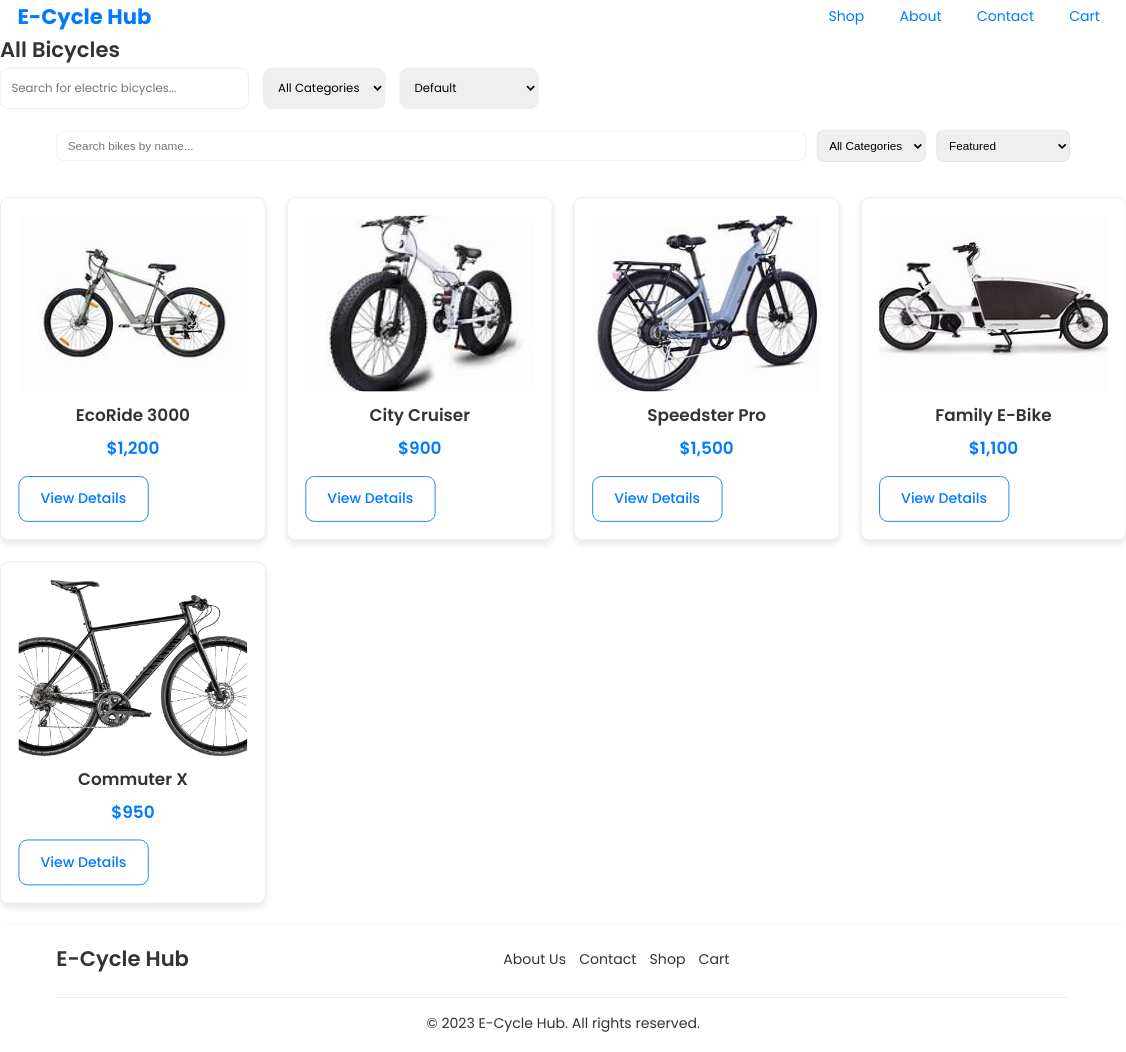
Repository: Rutuja-g/E-Cycle-Hub
Page: public/products.html
The author's editor kept a copy of each file at every save. The page is drawn from the files as they stood at one save, then again after the next save.
The browser window is 1280 px wide. The pictures show the whole page, at 88% of full size.

Above is the page before, as saved 2025-10-24 15:52:40.
Console error: SyntaxError: Unexpected token 'export'

After the next save:
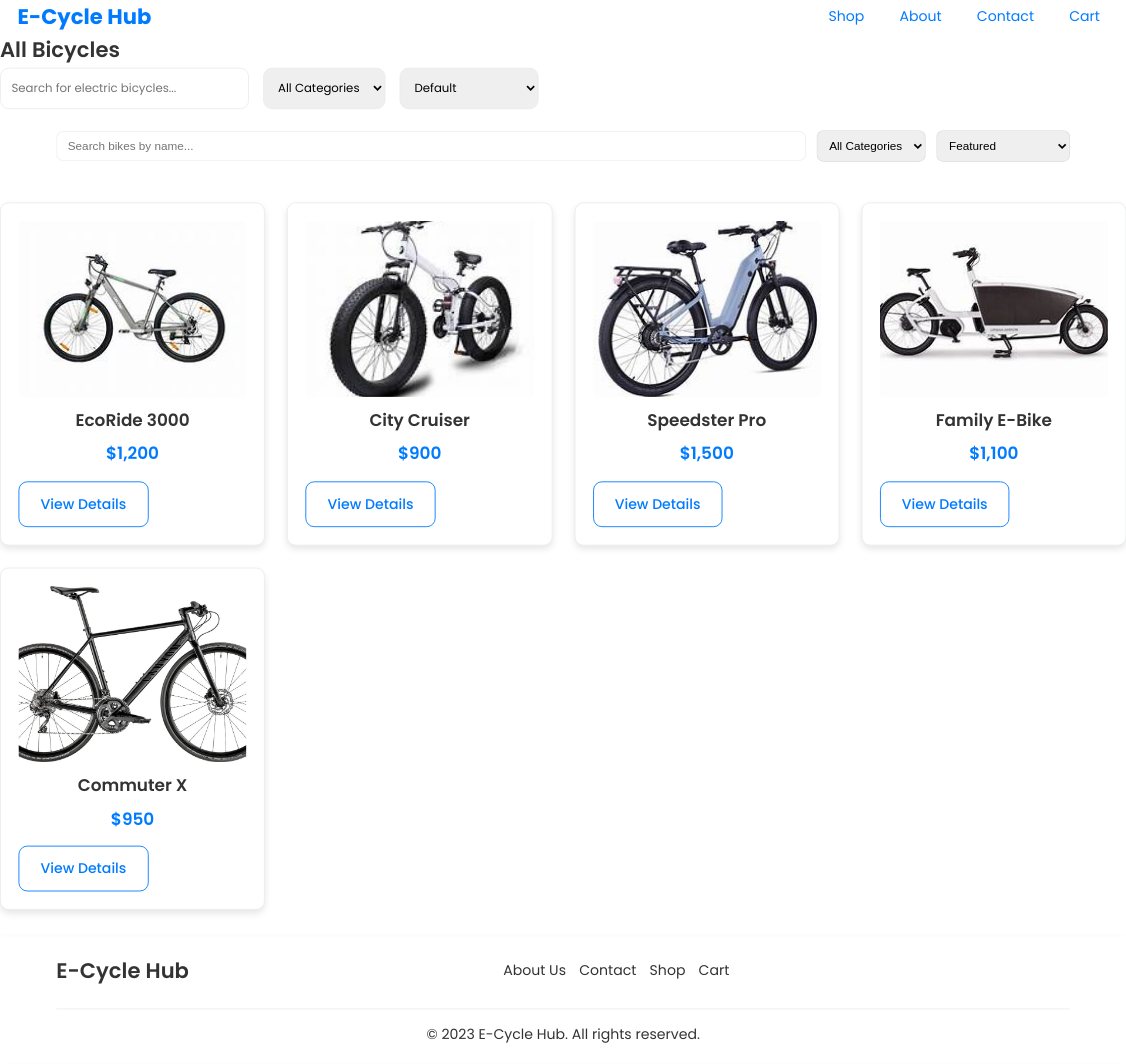
Saved 23 s later.
--- a/public/css/main.css
+++ b/public/css/main.css
@@ -303,9 +303,9 @@ nav {
 .grid--featured,
 .grid--shop {
   display: grid;
-  grid-template-columns: repeat(auto-fit, minmax(280px, 1fr));
-  gap: 24px;
-  padding: 24px 0;
+  grid-template-columns: repeat(auto-fit, minmax(300px, 1fr));
+  gap: 25px;
+  padding: 30px 0;
 }
 
 /* Cart styles */
